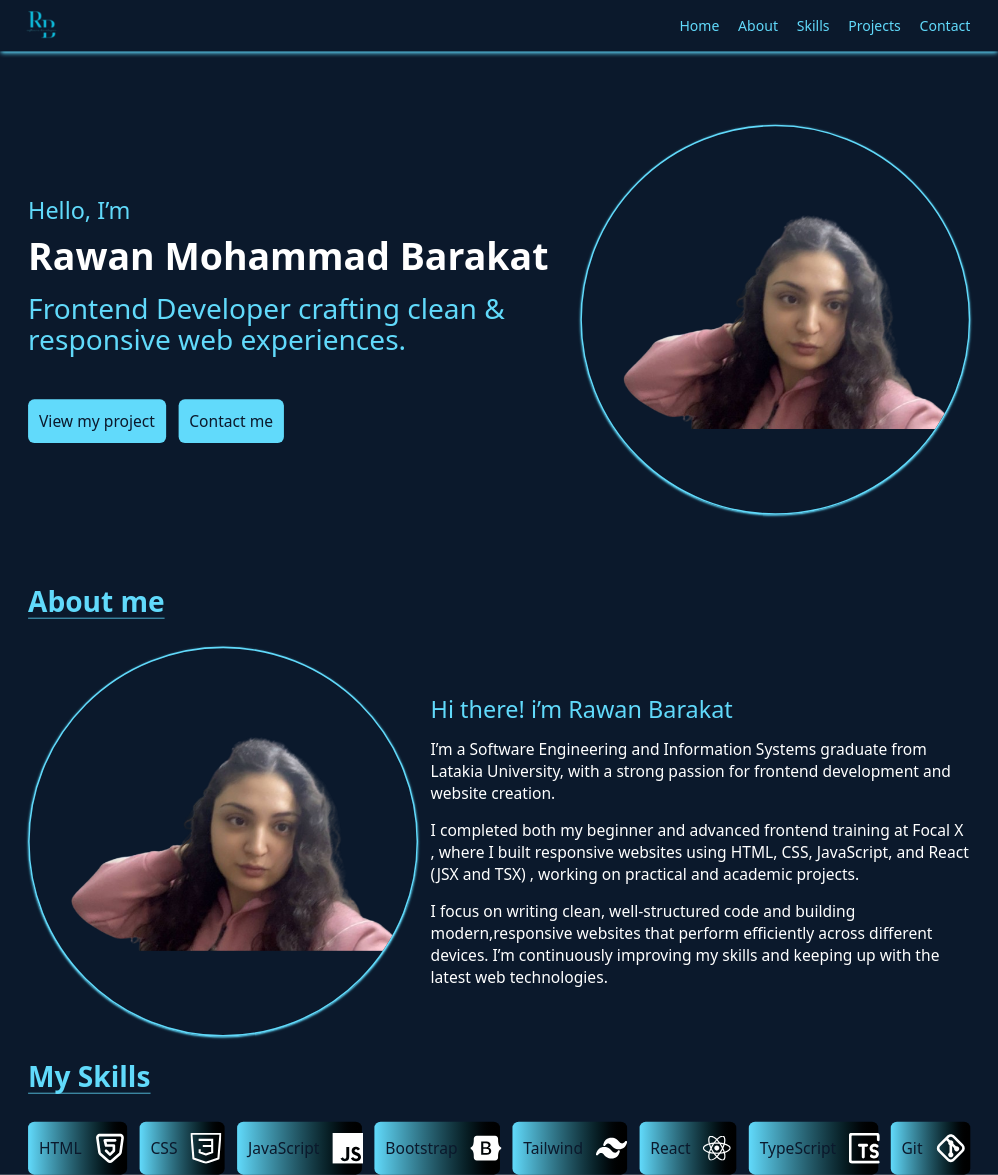
Repository: RawanBarakat-hub/portfolio
Page: /
An editor plug-in stored every save of this project. The page is shown before and after a run of saves, followed by the edit.
The browser window is 1280 px wide. The pictures show the whole page, at 78% of full size.
The project was rebuilt for these pictures with package versions that can differ from the ones it lists, and the page was loaded fresh each time. Also part of the build but not shown: vite.config.ts.

Above is the page before, as saved 2026-02-20 09:29:37.

After the next 2 saves:
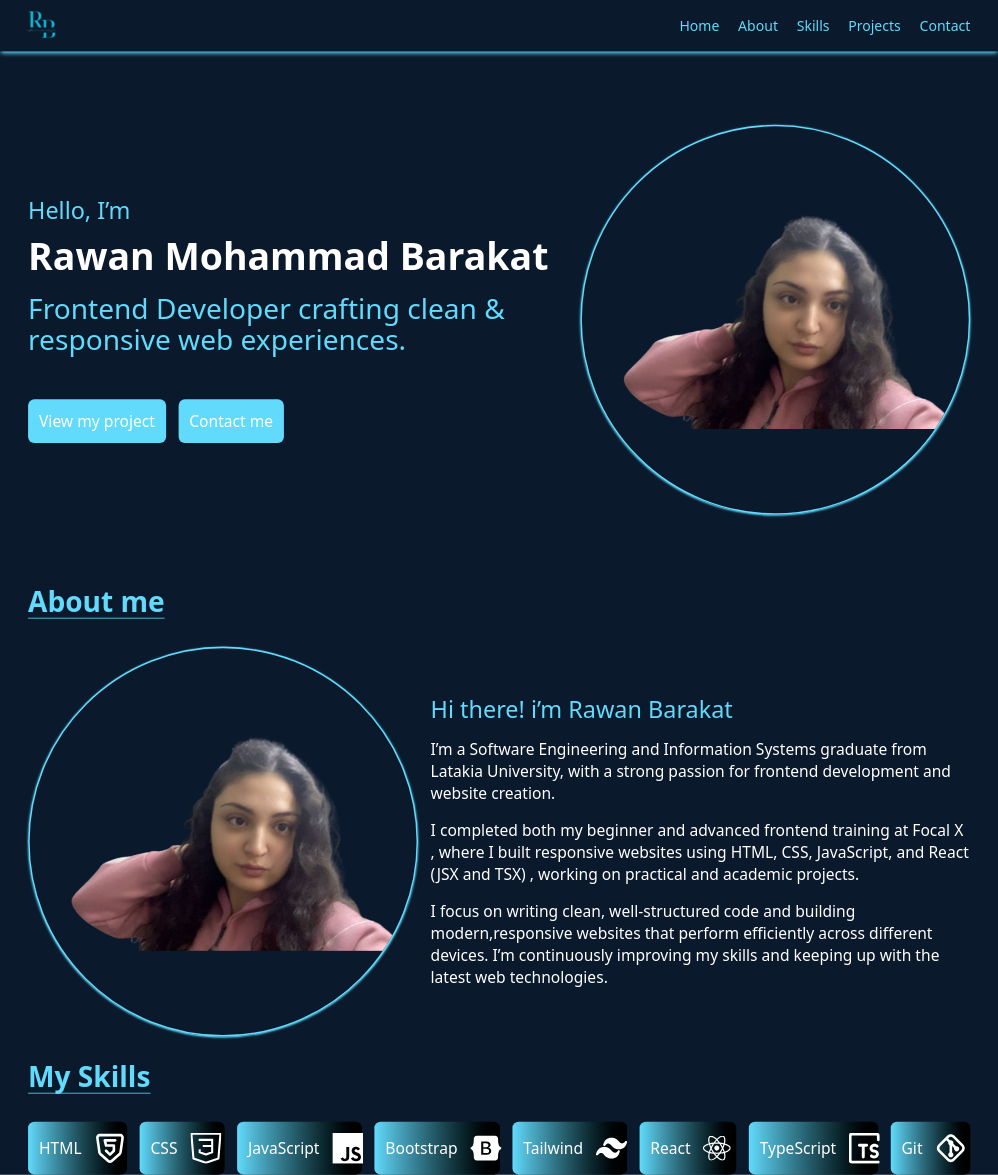
The 2 saves are shown as one change because they came seconds apart.
The last was saved 20 s later.
--- a/src/components/LinkBtn.tsx
+++ b/src/components/LinkBtn.tsx
@@ -3,7 +3,7 @@
 const LinkBtn = ({url,text,image}:LinkProps) => {
     return (
             <Link className={`${image?"bg-linear-to-r from-primary-color to-black font-medium  hover:scale-120":
-                "bg-primary-color hover:bg-hover-color"}
+                "bg-primary-color hover:bg-hover-color"} text-white
             text-xl text-background-color p-3.5 rounded-lg w-fit flex items-center
             gap-4 transition-all`} to={url}>{text}
             {image && <img className='w-10' src={image?.source} alt={image?.alternative} />}</Link>

After the save that followed:
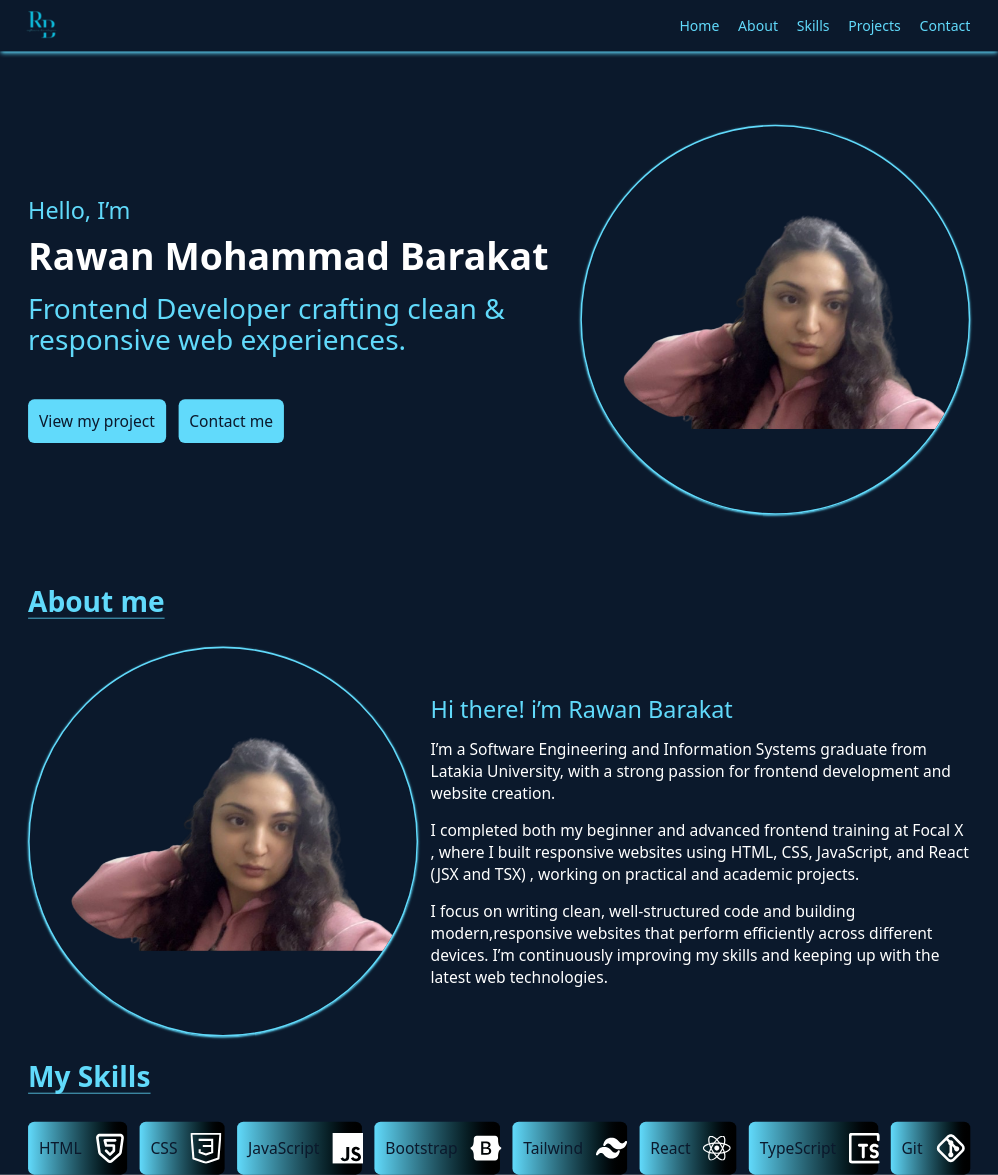
Saved 18 s later.
--- a/src/components/LinkBtn.tsx
+++ b/src/components/LinkBtn.tsx
@@ -3,7 +3,7 @@
 const LinkBtn = ({url,text,image}:LinkProps) => {
     return (
             <Link className={`${image?"bg-linear-to-r from-primary-color to-black font-medium  hover:scale-120":
-                "bg-primary-color hover:bg-hover-color"} text-white
+                "bg-primary-color hover:bg-hover-color"}
             text-xl text-background-color p-3.5 rounded-lg w-fit flex items-center
             gap-4 transition-all`} to={url}>{text}
             {image && <img className='w-10' src={image?.source} alt={image?.alternative} />}</Link>
